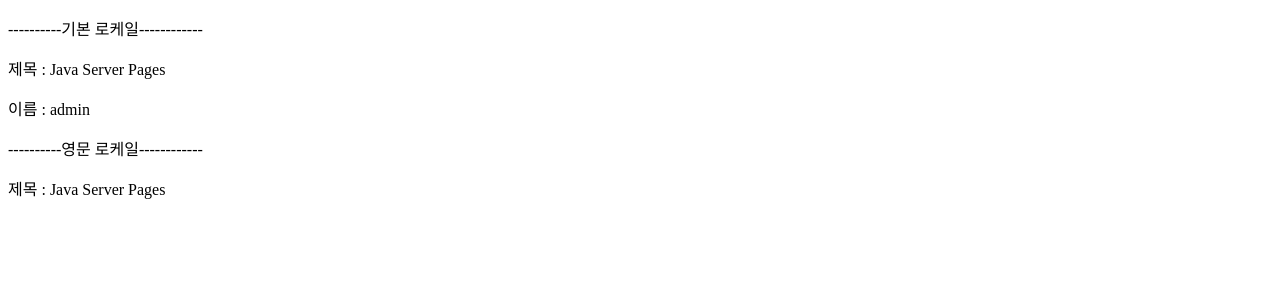
Repository: Pen-nek/Java_original
Page: http://localhost/JspBook/ch09/jstl_fmt01.jsp
An editor plug-in stored every save of this project. The page is shown before and after the next save, followed by the edit.
The browser window is 1280 px wide. The pictures show the whole page.
The page is served by Tomcat 9. Nobody is signed in. The application's start-up code is not run.

Above is the page before, as saved 2019-08-23 03:20:31.

After the next save:
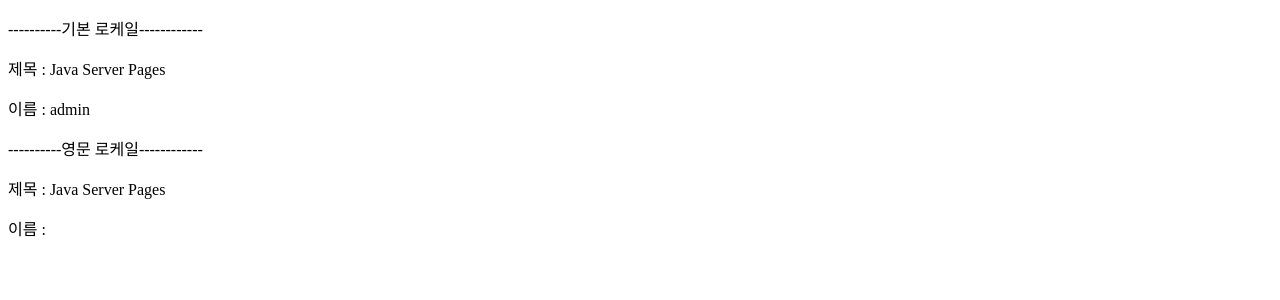
Saved 15 s later.
--- a/JspBook/WebContent/ch09/jstl_fmt01.jsp
+++ b/JspBook/WebContent/ch09/jstl_fmt01.jsp
@@ -21,7 +21,7 @@
 		<fmt:setLocale value="en" />
 		<fmt:setBundle basename="bundle.myBundle" var="resourceBundle" />
 	<p> 제목 : <fmt:message key="title" bundle="${resourceBundle}" />
-	<p> <fmt:message key="username" var="userMsg" bundle="${resourceBundle}" />
+	<p> 이름 : <fmt:message key="username" var="userMsg" bundle="${resourceBundle}" />
 </body>
 
 </html>
